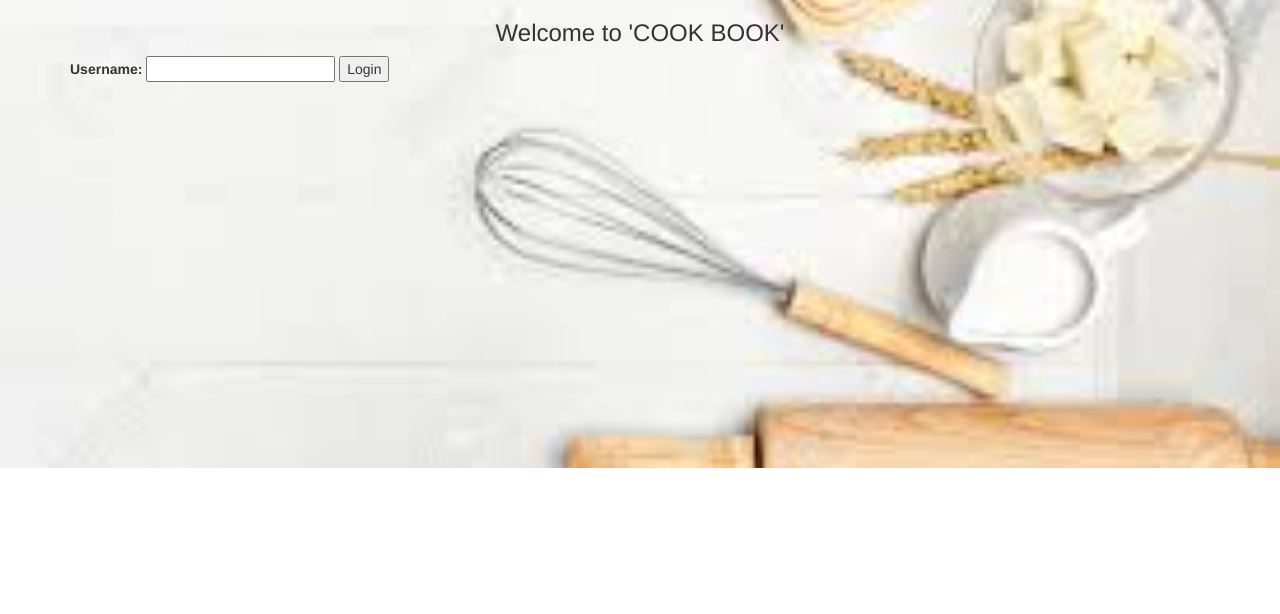
Repository: atena123/COOK-BOOK
Page: http://localhost/
The author's editor kept a record of every edit. The page is drawn from the files as they stood at one moment, then again after the next edit.
The browser window is 1280 px wide. The pictures show the whole page.
The page is served by the project's application, run on Flask 3 (app.py).

Above is the page before.

### templates/login.html
<!DOCTYPE html>
<html>
    <head>
        <title>COOK BOOK</title>
        <link rel="stylesheet" href="https://maxcdn.bootstrapcdn.com/bootstrap/3.3.7/css/bootstrap.min.css" type="text/css" />
        <link rel="stylesheet" href="{{url_for('static', filename='css/style.css')}}" type="text/css"/>
        <link rel="stylesheet" href="{{url_for('static', filename='images/cooking-tools.jpg')}}" type="text/css"/>
    </head>
    <body>
        <div class="container">
            <h3>Welcome to 'COOK BOOK'</h3>
                <form method="POST">
                    <label for="username">Username:</label>
                    <input type="text" id="username" name="username">
                    <button>Login</button>
                </form>
        </div>
        <script src="https://code.jquery.com/jquery-3.3.1.min.js" integrity="sha256-FgpCb/KJQlLNfOu91ta32o/NMZxltwRo8QtmkMRdAu8=" crossorigin="anonymous"></script>
        <script src="https://maxcdn.bootstrapcdn.com/bootstrap/3.3.7/js/bootstrap.min.js" integrity="sha384-Tc5IQib027qvyjSMfHjOMaLkfuWVxZxUPnCJA7l2mCWNIpG9mGCD8wGNIcPD7Txa" crossorigin="anonymous"></script>
    </body>
</html>

### app.py
import os
from flask import Flask, render_template, redirect, request, url_for, session
from flask_pymongo import PyMongo
from bson.objectid import ObjectId

app = Flask(__name__)
app.secret_key = "cookbook321"

app.config["MONGO_DBNAME"] ='cook_book'
app.config["MONGO_URI"] = 'mongodb+srv://AnetA:AnetA2@myfirstcluster-sfmlq.mongodb.net/cook_book?retryWrites=true&w=majority'

mongo = PyMongo(app)

#--------------------Login Page------------------------------


@app.route('/', methods = ["GET", "POST"])
def login():

  if request.method == "POST":
    session["username"] = request.form["username"]

  if "username" in session:
    return redirect(session["username"])

  return render_template('login.html')

@app.route('/<username>')
def user(username):
  return render_template('recipes.html')


#--------------------------Find Recipes Page------------------


@app.route('/find_recipes')
def find_recipes():
  return render_template("recipes.html", recipes=mongo.db.recipes.find())


#--------------------------Add Recipes Page-------------------


@app.route('/add_recipe')
def add_recipe():
  return render_template('addrecipe.html', categories=mongo.db.categories.find())


#-------Enable To Add Recipe and Redirect To Recipe Page------


@app.route('/insert_recipe', methods=['POST'])
def insert_recipe():
  recipes=mongo.db.recipes
  recipes.insert_one(request.form.to_dict())
  return redirect(url_for('find_recipes'))


#----------------Enable To View Particular Recipe--------------


@app.route('/view_recipe/<recipe_id>')
def view_recipe(recipe_id):
  my_recipe =  mongo.db.recipes.find_one({"_id": ObjectId(recipe_id)})
  return render_template('viewrecipe.html', recipe=my_recipe)


#--------------Enable To Edit Particular Recipe----------------


@app.route('/edit_recipe/<recipe_id>')
def edit_recipe(recipe_id):
  this_recipe = mongo.db.recipes.find_one({"_id": ObjectId(recipe_id)})
  all_categories = mongo.db.categories.find()
  all_cusines = mongo.db.cusines.find()
  return render_template('editrecipe.html', recipe=this_recipe,
                            categories=all_categories, cusines=all_cusines)


#-----Enable To Update Recipe And Redirect To Recipe Page-------


@app.route('/update_recipe/<recipe_id>', methods= ['POST'])
def update_recipe(recipe_id):
  recipes=mongo.db.recipes
  recipes.update({"_id": ObjectId(recipe_id)},

  {
    'category_name': request.form.get('category_name'),
    'recipe_name': request.form.get('recipe_name'),
    'recipe_ingredients': request.form.get('recipe_ingredients'),
    'recipe_method': request.form.get('recipe_method'),
    'recipe_description': request.form.get('recipe_description'),
    'preparation_time': request.form.get('preparation_time'),
    'recipe_servings': request.form.get('recipe_servings'),
    'cusine_name': request.form.get('cusine_name'),
    'cooking_time': request.form.get('cooking_time')
  })

  return redirect(url_for('find_recipes'))


#----------------Enable To Delete Particular Recipe--------------


@app.route('/delete_recipe/<recipe_id>')
def delete_recipe(recipe_id):
  mongo.db.recipes.remove({'_id': ObjectId(recipe_id)})
  return redirect(url_for('find_recipes'))







#-------------------Find Categories Page------------------------


@app.route('/find_categories')
def find_categories():
  return render_template('categories.html', categories=mongo.db.categories.find())


#------------------------Add Category Page------------------------


@app.route('/new_category')
def new_category():
  return render_template('addcategory.html')


#-------Enable To Add Category And Redirect To Categories Page-----


@app.route('/add_category', methods=['POST'])
def add_category():
  my_category = {'category_name': request.form.get('category_name')}
  mongo.db.categories.insert_one(my_category)
  return redirect(url_for('find_categories'))


#-------------------Edit Category Page---------------------------


@app.route('/edit_category/<category_id>')
def edit_category(category_id):
  return render_template('editcategory.html', category=mongo.db.categories.find_one({'_id': ObjectId(category_id)}))


#----Enable To Update Category And Redirect To Categories Page----


@app.route('/update_category/<category_id>', methods=['POST'])
def update_category(category_id):
  mongo.db.categories.update({'_id': ObjectId(category_id)}, {'category_name': request.form.get('category_name')})
  return redirect(url_for('find_categories'))


#--------------------Enable To Delete Category----------------------


@app.route('/delete_category/<category_id>')
def delete_category(category_id):
  mongo.db.categories.remove({'_id': ObjectId(category_id)})
  return redirect(url_for('find_categories'))



if __name__ == '__main__':
  app.run(host=os.environ.get('IP'),
  port=int(os.environ.get('PORT')),
  debug=True)

### static/css/style.css
body {
    background: url("../images/cooking-tools.jpg");
    background-position: center;
    background-repeat: no-repeat;
    background-size: cover;
    position: relative;
}


h3, h6 {
    text-align: center;
}

h1 {
    text-align: center;
    margin-top: 200px;
}

.login-form {
    text-align: center;
    padding-top: 20px;
}

/*------------------------View Page-----------------------*/

.heading {
    text-align: center;
}

.large-heading {
    font-size: 20px;
    padding-top: 20px;
}

.small-headings {
    padding-top: 20px;
}

/*-------------------------Small Buttons--------------------*/

.button {
    height: 24px;
    width: 80px;
    line-height: 24px;
    margin: 6px 6px;
    padding: 0 0.5em;

}

.small-buttons {
    text-align: right;
}

.view-button, .edit-button {
    background-color: #5DADE2;
}

.view-button:hover, .edit-button:hover {
    background-color: #2E86C1;
    color: white;
}

.remove-button {
    background-color: #EC7063;
}

.remove-button:hover {
    background-color: #CB4335;
    color: white;
}




/*-------------------------Big Buttons---------------*/



.add_recipe_button,
.update_recipe_button {
    text-align: center;
}

.edit_recipe_button {
    text-align: center;
    padding-top: 35px;
}



/*-------------------------Navbar-------------------------*/
.navbar {
    margin: 0;
    padding: 0;
}

.bg-color-navbar {
    background-color: #CD853F;
    height: 65px;
}

.navbar-default .navbar-brand {
    color: #F1EEEC;
    padding-top: 25px;
    font-size: 22px;
    transition: color 0.7s ease-in-out;
    -o-transition: color 0.7s ease-in-out;
    -moz-transition: color 0.7s ease-in-out;
    -webkit-transition: color 0.7s ease-in-out;
}


.navbar-default .navbar-brand:hover {
    color: #3B3B3A;
}


.navbar-default .navbar-nav>li>a {
    color: #F1EEEC;
    padding-top: 25px;
    transition: color 0.7s ease-in-out;
    -o-transition: color 0.7s ease-in-out;
    -moz-transition: color 0.7s ease-in-out;
    -webkit-transition: color 0.7s ease-in-out;
 }


.navbar-default .navbar-nav>li>a:hover {
    color: #3B3B3A;
}

After the next edit:
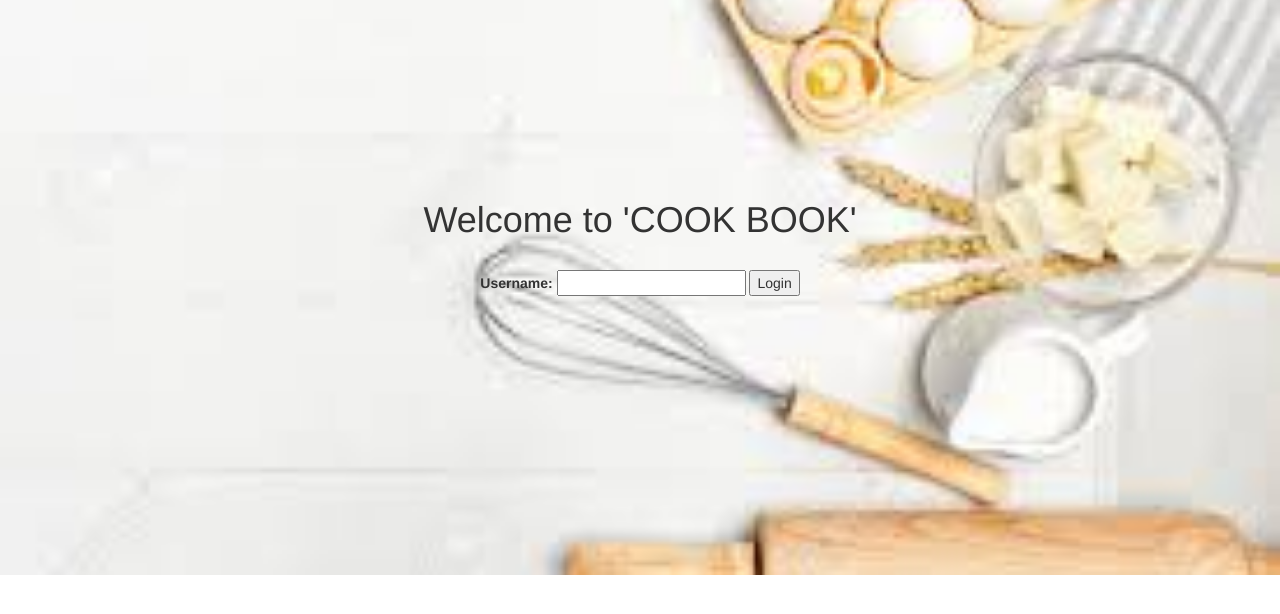
The edit:
--- a/templates/login.html
+++ b/templates/login.html
@@ -8,8 +8,8 @@
     </head>
     <body>
         <div class="container">
-            <h3>Welcome to 'COOK BOOK'</h3>
-                <form method="POST">
+            <h1>Welcome to 'COOK BOOK'</h1>
+                <form class="login-form" method="POST">
                     <label for="username">Username:</label>
                     <input type="text" id="username" name="username">
                     <button>Login</button>
